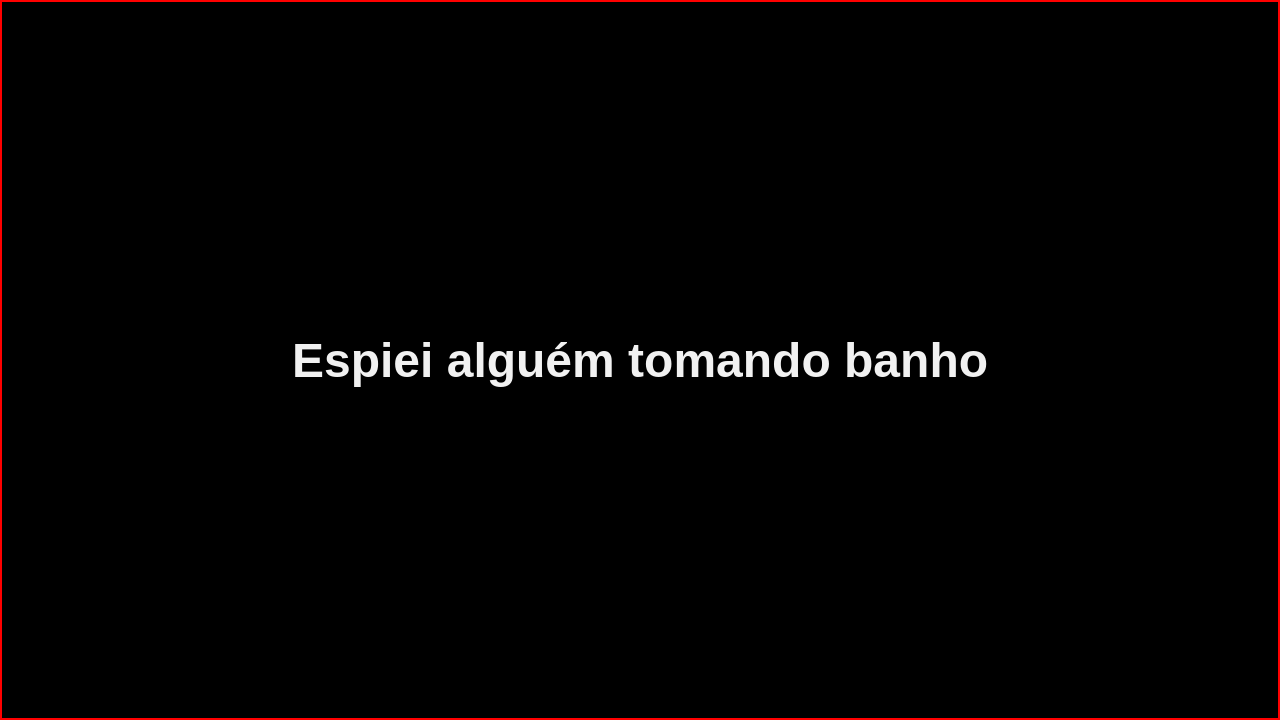
Repository: odiloalmeida/inever
Page: index.html
These files come from the project's save history. The page is drawn as it stood at one moment and after the next save; the edit follows.
The browser window is 1280 px wide. The pictures show the whole page.
After loading, the first visible `#myButton` was clicked once.

Above is the page before, as saved 2023-01-31 21:27:54.

### index.html
<!DOCTYPE html>
<html lang="en">
<head>
    <meta charset="UTF-8">
    <meta http-equiv="X-UA-Compatible" content="IE=edge">
    <meta name="viewport" content="width=device-width, initial-scale=1.0">
    <link rel="icon" type="image/svg+xml" href="https://cdn-icons-png.flaticon.com/512/5181/5181956.png" />
    <link rel="stylesheet" href="./style.css">
    <title>18+ I Never</title>

</head>

<body>
    <button id="myButton" onclick="changeButtonName()">
        <span>EU NUNCA</span>
        <br>
        <span3>&#128293</span3>
        <span2>+18</span2>
        <span3>&#128293</span3>
    </button>
</body>

<script>

    function changeButtonName() {
        var button = document.getElementById("myButton");

        var names = ["Beijei alguém dessa turma",
        "Senti atração por alguém dessa turma",
        "Tomei banho pelado na praia/piscina",
        "Fiquei com um professor",
        "Fiquei com um amigo e me arrependi",
        "Fiquei com um amigo e não disse pra ninguém",
        "Menti sobre ter ficado com uma pessoa",
        "Bebi tanto que beijei alguém que não queria",
        "Bebi tanto que esqueci tudo no outro dia",
        "Vi um nudes de alguém dessa turma",
        "Desejei o namorado(a) de um amigo",
        "Fiquei com alguém por interesse",
        "Acelerei o ato sexual por que o oral estava ruim",
        "Bebi pra ter coragem de chegar numa pessoa",
        "Transei na escola ou faculdade",
        "Transei no chão",
        "Fiz sexo oral enquanto a pessoa trabalhava",
        "Fiz sexo oral enquanto a pessoa dirigia",
        "Usei fantasias sexuais",
        "Usei plug anal",
        "Usei um vibrador",
        "Fiquei com alguém depois neguei pra todo mundo",
        "Disse pra uma pessoa que a amava sem amar",
        "Transei no carro",
        "Broxei no meio do ato sexual",
        "Desisti de ficar com uma pessoa por que ela estava fedendo",
        "Fui chupar e estava fedendo muito e desisti",
        "Me masturbei depois do ato sexual por que não conseguir “chegar lá” com o parceiro",
        "Fiquei com dois amigos ao mesmo tempo sem eles saberem",
        "Parei o ato sexual para ir fazer xixi",
        "Fiz a chuca",
        "Transei na rua",
        "Paguei por sexo",
        "Fiz sexo por dinheiro",
        "Dei um beijo triplo",
        "Voltaria com um ex",
        "Fiquei com uma pessoa em um lugar e logo em seguida fui para outro lugar ficar com outra",
        "Tirei fotos pelado(a)",
        "Fiquei com alguém para fazer ciúme a outro",
        "Sofri por amor",
        "Sofri por ficante",
        "Espiei alguém tomando banho",
        "Tomei banho com alguém",
        "Enfiei o dedo no orifício de alguém (kkkk)",
        "Eu nunca fiquei com um amigo do meu amigo eme arrependi",
        "Eu nunca tive uma DST",
        "Eu já desejei a mãe de um amigo",
        "Eu já desejei o pai de um amigo",
        "Já beixei alguém do mesmo sexo",
        "Já deixei chuparem minha porta dos fundos",
        "Já questionei a minha sexualidade",
        "Já fiz goldenshower",
        "Já desisti do sexo quando vi o tamanho do instrumento",
        "Fumei um",
        "Cheirei cocaina",
        "Usei LSD",
        "Passei comida no parceiro",
        "Troquei o nome da pessoa na hora H",
        "Fiquei com uma pensando em outra",
        ""

        ];

        var randomName = names[Math.floor(Math.random() * names.length)];
        button.innerHTML = randomName;
    }

</script>

</html>

### style.css
* {
    padding: 0;
    margin: 0;
    box-sizing: border-box;
}

body {
    width: 100vw;
    height: 100vh;
    background-color: #000;
    display: flex;
    flex-direction: column;
    align-items: center;
    justify-content: center;
}

button {
    background-color: transparent;
    height: 100vh;
    width: 100vw;
    border: red 2px solid;
    font-weight: bold;
    font-size: 3rem;
    padding: 5px;
    color: #f1f1f1;
}

button span {
    background-image: linear-gradient(to bottom,#800000,#8B0000, red, yellow);
    background-clip: text;
    -webkit-background-clip: text;
    -webkit-text-fill-color: transparent;
    color: black;
    font-size: 3.3rem;
    font-weight: 900;
}

button span2 {
    color: #fff;
    font-size: 5rem;
}

After the next save:
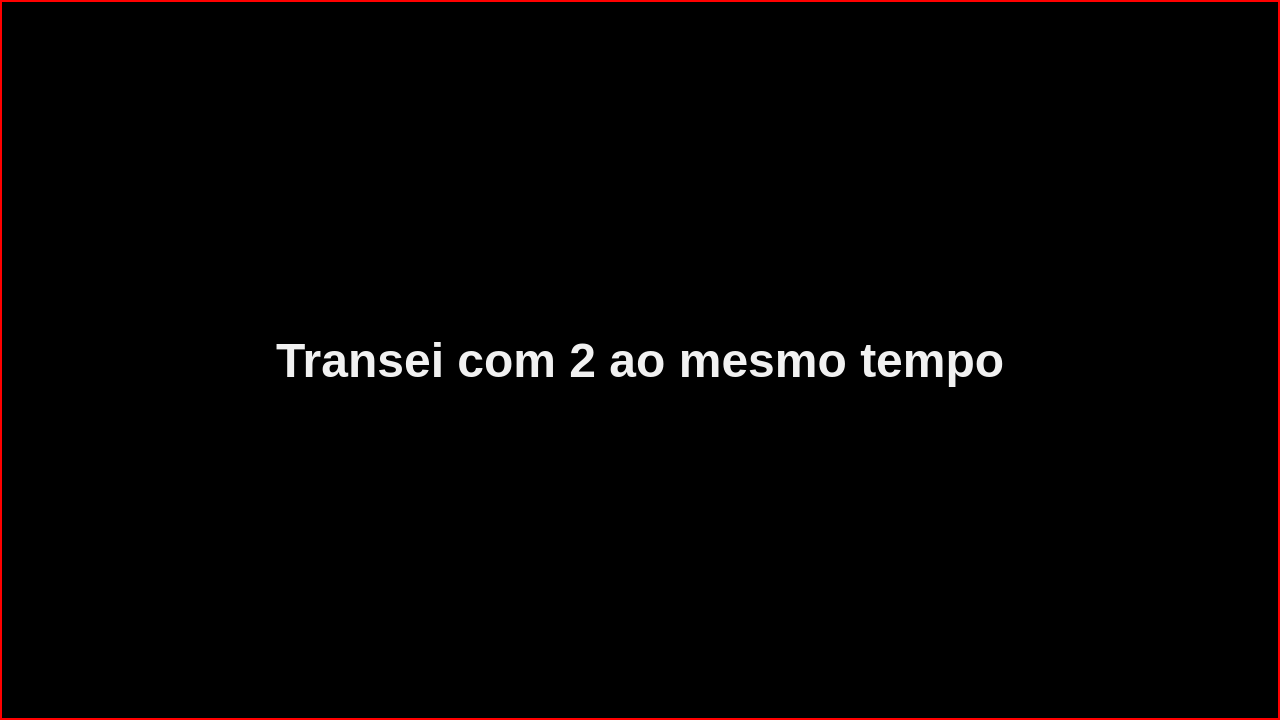
Saved 19 min 3 s later.
--- a/index.html
+++ b/index.html
@@ -84,7 +84,60 @@
         "Passei comida no parceiro",
         "Troquei o nome da pessoa na hora H",
         "Fiquei com uma pensando em outra",
-        ""
+        "Fatei aula pra ficar com alguém",
+        "Menti nesse jogo",
+        "Disse que estava doente para nao transar",
+        "Fiquei com professor",
+        "Fiquei com alguém por gratidão",
+        "Tive tara em mãos",
+        "Tive tara em pés",
+        "Tive tara em ruivas",
+        "Fui amordaçado",
+        "Fui algemado",
+        "Fui chicoteado",
+        "Bati de mais em alguém na hora H e fiquei com medo",
+        "Vomitei na hora H",
+        "Fiz sexo na praia",
+        "Fiz sexo na moto",
+        "Fiz sexo na bicicleta",
+        "Chupei outro por tabela",
+        "Fiz oral em um e depois beijei a boca de outro",
+        "Transei com 2 ao mesmo tempo",
+        "Transei com mais de 3 ao mesmo tempo",
+        "Ja fiquei com duas pessoas do mesmo sexo, ao mesmo tempo",
+        "Cherei loló",
+        "Fumei cigarro",
+        "Tive como alcoólico",
+        "Tive amnésia alcoólica",
+        "Dormi bebado no chão",
+        "Mijei em mim, estando bebado",
+        "Vomitei em mim, estando bebado",
+        "Beijei alguém que eu odiava",
+        "Fiquei com um Ex antigo e me arrependi (Foi horrível)",
+        "Tive flashback com mais de um EX",
+        "Tive um PA",
+        "Fiquei com um(a) PM",
+        "Subi numa mesa bebado",
+        "Fiquei com alguém da boca podre",
+        "Já caguei o pau (literalmente)",
+        "Já cai de bicicleta",
+        "Quebrei um osso (Beba uma dose por osso)",
+        "Já talariquei mulher de amigo (Uma dose por mulher)",
+        "Já talariquei marido de amiga (Uma dose por homem)",
+        "Já beijei um mendigo",
+        "Já fiz dentro do mar",
+        "Ja fiz dentro do tanque",
+        "Pedi alguém em casamento",
+        "Já me juntei com conjugue",
+        "Já fui CORNO(A)",
+        "Atirei com arma de fogo",
+        "Dê uma pausa de 15min, para não embriagar",
+        "Durei menos de 2 min no sexo",
+        "Fiz gosar em menos de 2min",
+        "Pensei em me prostituir",
+        "Tomei remédio TARJA PRETA"
+
+
 
         ];
 
